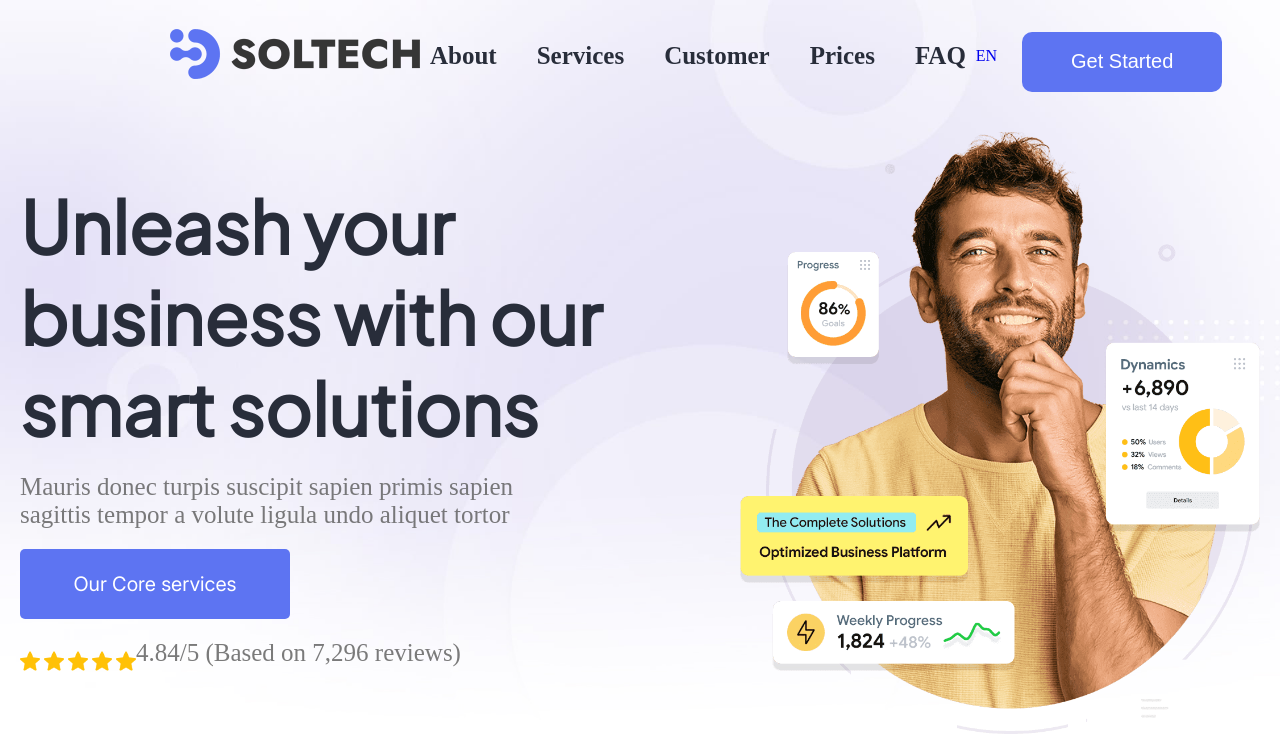
Repository: md-rabbi-hossain/Soltech-html
Page: index.html
An editor plug-in stored every save of this project. The page is shown before and after the next save, followed by the edit.
The browser window is 1280 px wide. The pictures show the whole page.

Above is the page before, as saved 2025-01-08 15:21:51.

After the next save:
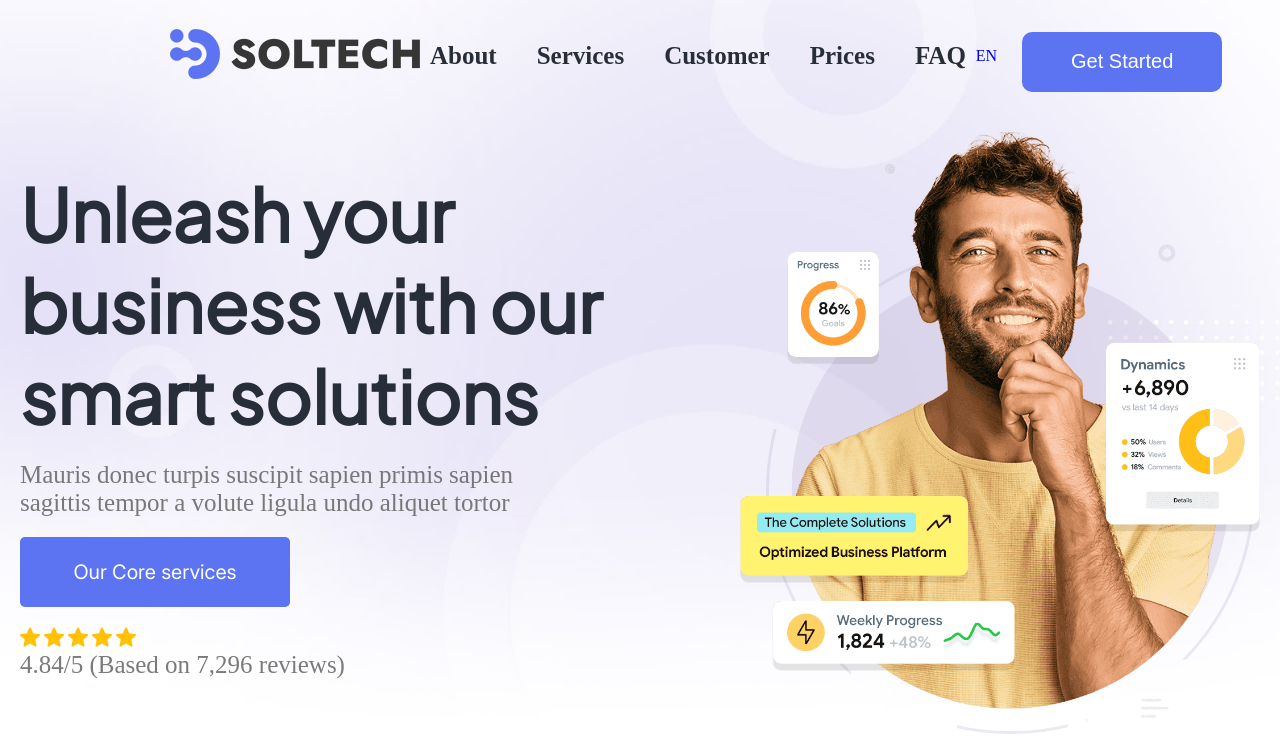
Saved 31 min 19 s later.
--- a/index.html
+++ b/index.html
@@ -58,8 +58,8 @@
                   <img src="image/star.png" alt="" />
                   <img src="image/star.png" alt="" />
                   <img src="image/star.png" alt="" />
+                  <p>4.84/5 (Based on 7,296 reviews)</p>
                 </div>
-                <p>4.84/5 (Based on 7,296 reviews)</p>
               </div>
             </div>
           </div>

After the save that followed:
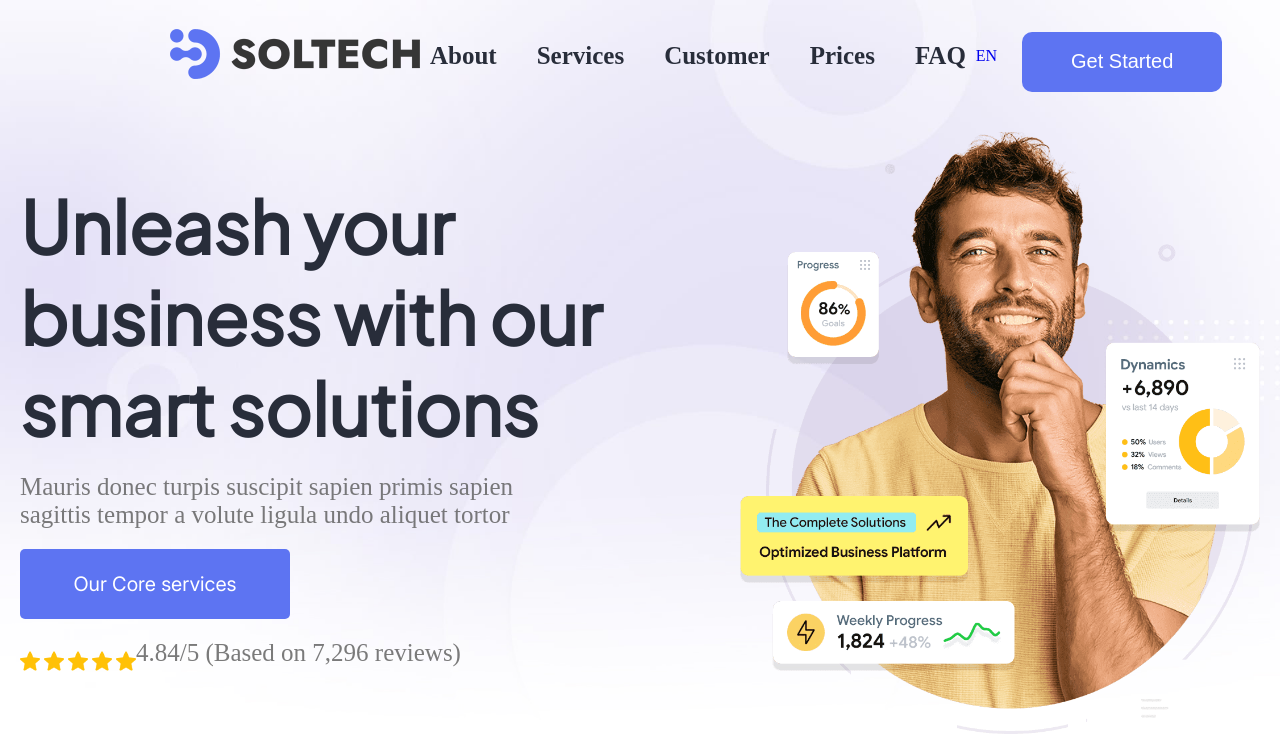
Saved 49 s later.
--- a/index.html
+++ b/index.html
@@ -58,8 +58,8 @@
                   <img src="image/star.png" alt="" />
                   <img src="image/star.png" alt="" />
                   <img src="image/star.png" alt="" />
-                  <p>4.84/5 (Based on 7,296 reviews)</p>
                 </div>
+                <p>4.84/5 (Based on 7,296 reviews)</p>
               </div>
             </div>
           </div>
